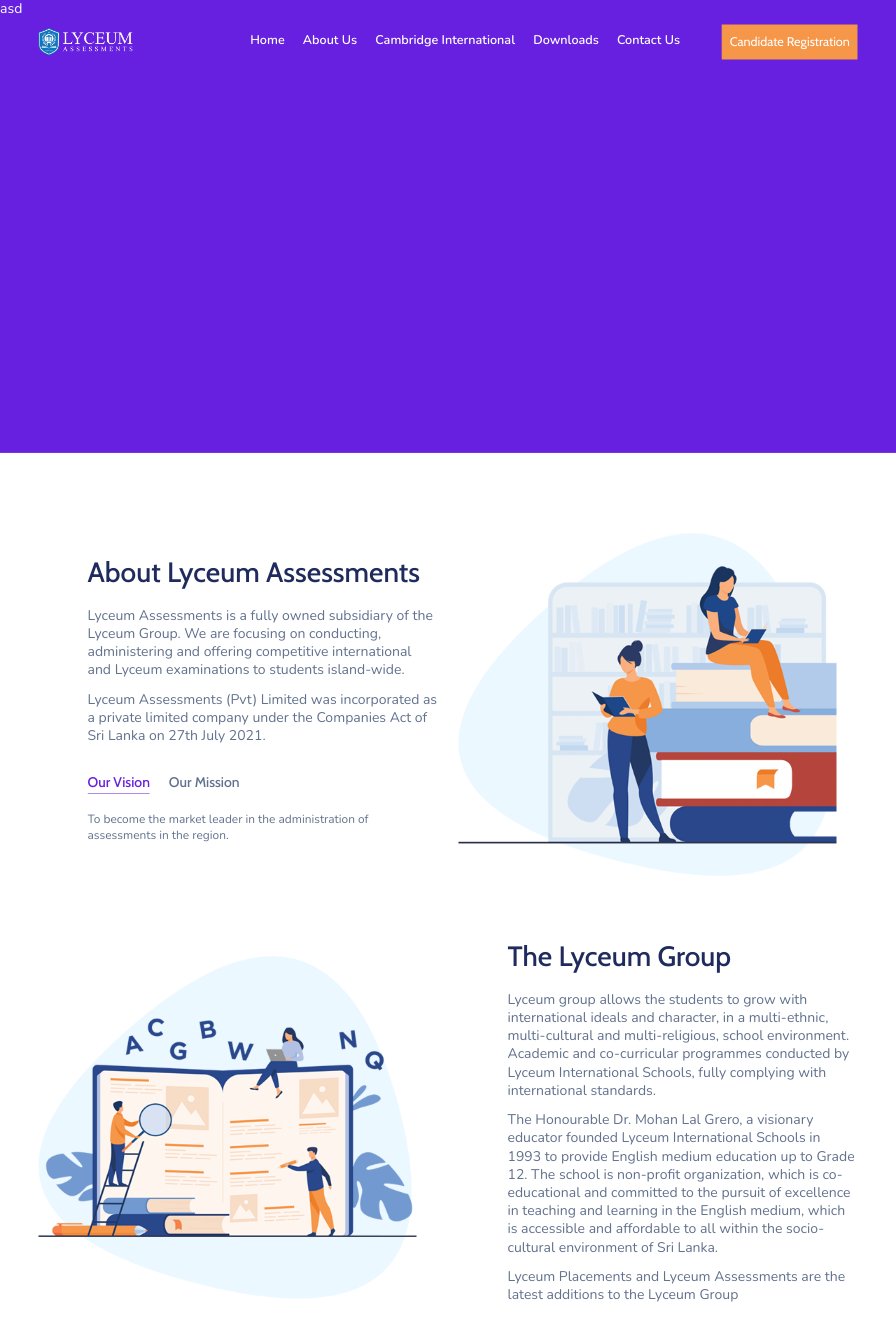
Repository: AXUSLK/LyceumAssessments-HTML
Page: index.html
An editor plug-in stored every save of this project. The page is shown before and after a run of saves, followed by the edit.
The browser window is 1280 px wide. The pictures show the part of the page from y = 0 to 1920 px (the page is 4886 px tall), at 70% of full size.
Some web libraries are served in a nearby version.

Above is the page before, as saved 2022-01-31 17:03:42.

After the next 4 saves:
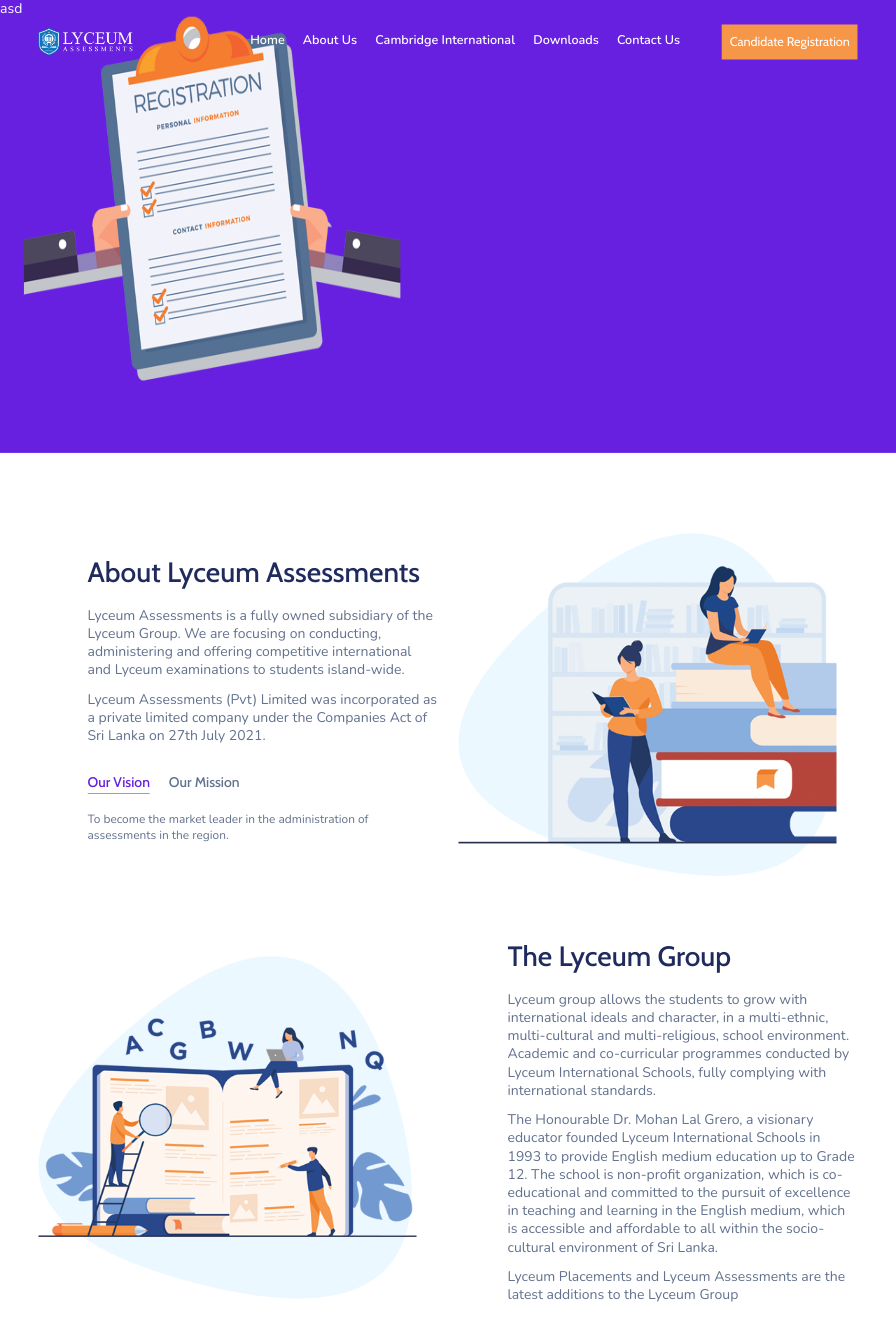
The 4 saves are shown as one change because they came seconds apart.
The last was saved 17 s later.
--- a/index.html
+++ b/index.html
@@ -104,7 +104,7 @@
 			<!-- Header -->
 			<section class="introBlock d-flex w-100 position-relative text-white bg-secondary">
 				asd
-<img src="" alt="">
+				<img src="./images/download.png" alt="">
 			</section>
 
 			<!-- About -->

After the save that followed:
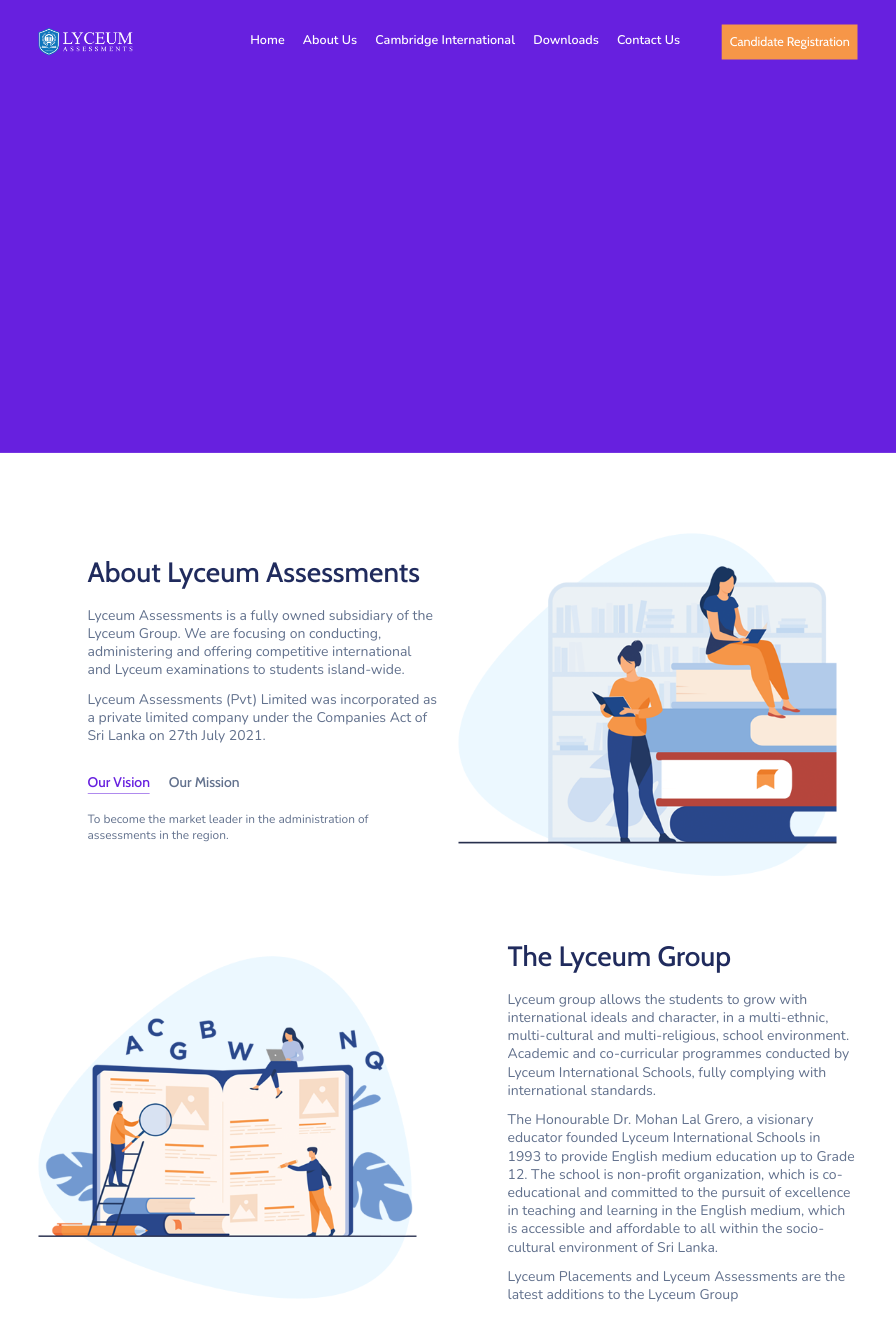
Saved 26 s later.
--- a/index.html
+++ b/index.html
@@ -103,8 +103,42 @@
 
 			<!-- Header -->
 			<section class="introBlock d-flex w-100 position-relative text-white bg-secondary">
-				asd
-				<img src="./images/download.png" alt="">
+				<div class="carousel">
+					<div class="carousel-inner">
+						<input class="carousel-open" type="radio" id="carousel-1" name="carousel" aria-hidden="true"
+							hidden="" checked="checked">
+						<div class="carousel-item">
+							<img src="http://fakeimg.pl/2000x800/0079D8/fff/?text=Without">
+						</div>
+						<input class="carousel-open" type="radio" id="carousel-2" name="carousel" aria-hidden="true"
+							hidden="">
+						<div class="carousel-item">
+							<img src="http://fakeimg.pl/2000x800/DA5930/fff/?text=JavaScript">
+						</div>
+						<input class="carousel-open" type="radio" id="carousel-3" name="carousel" aria-hidden="true"
+							hidden="">
+						<div class="carousel-item">
+							<img src="http://fakeimg.pl/2000x800/F90/fff/?text=Carousel">
+						</div>
+						<label for="carousel-3" class="carousel-control prev control-1">‹</label>
+						<label for="carousel-2" class="carousel-control next control-1">›</label>
+						<label for="carousel-1" class="carousel-control prev control-2">‹</label>
+						<label for="carousel-3" class="carousel-control next control-2">›</label>
+						<label for="carousel-2" class="carousel-control prev control-3">‹</label>
+						<label for="carousel-1" class="carousel-control next control-3">›</label>
+						<ol class="carousel-indicators">
+							<li>
+								<label for="carousel-1" class="carousel-bullet">•</label>
+							</li>
+							<li>
+								<label for="carousel-2" class="carousel-bullet">•</label>
+							</li>
+							<li>
+								<label for="carousel-3" class="carousel-bullet">•</label>
+							</li>
+						</ol>
+					</div>
+				</div>
 			</section>
 
 			<!-- About -->
